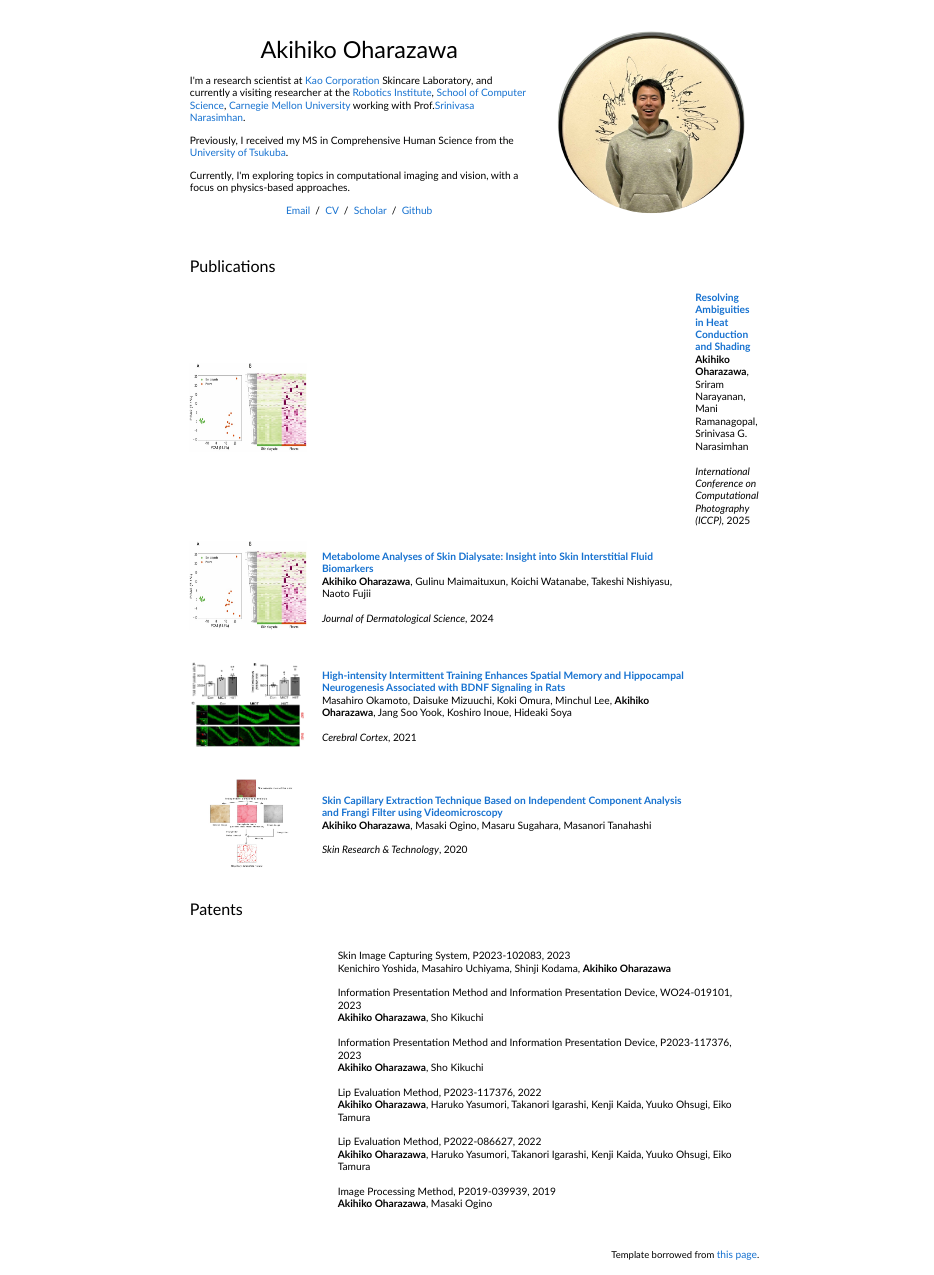
Repository: akihikooharazawa/akihikooharazawa.github.io
Page: index.html
The author's editor kept a copy of each file at every save. The page is drawn from the files as they stood at one save, then again after the next save.
The browser window is 1280 px wide. The pictures show the whole page, at 73% of full size.
Pictures or frames that could not be fetched are drawn as grey boxes.

Above is the page before, as saved 2025-07-25 11:13:59.

After the next save:
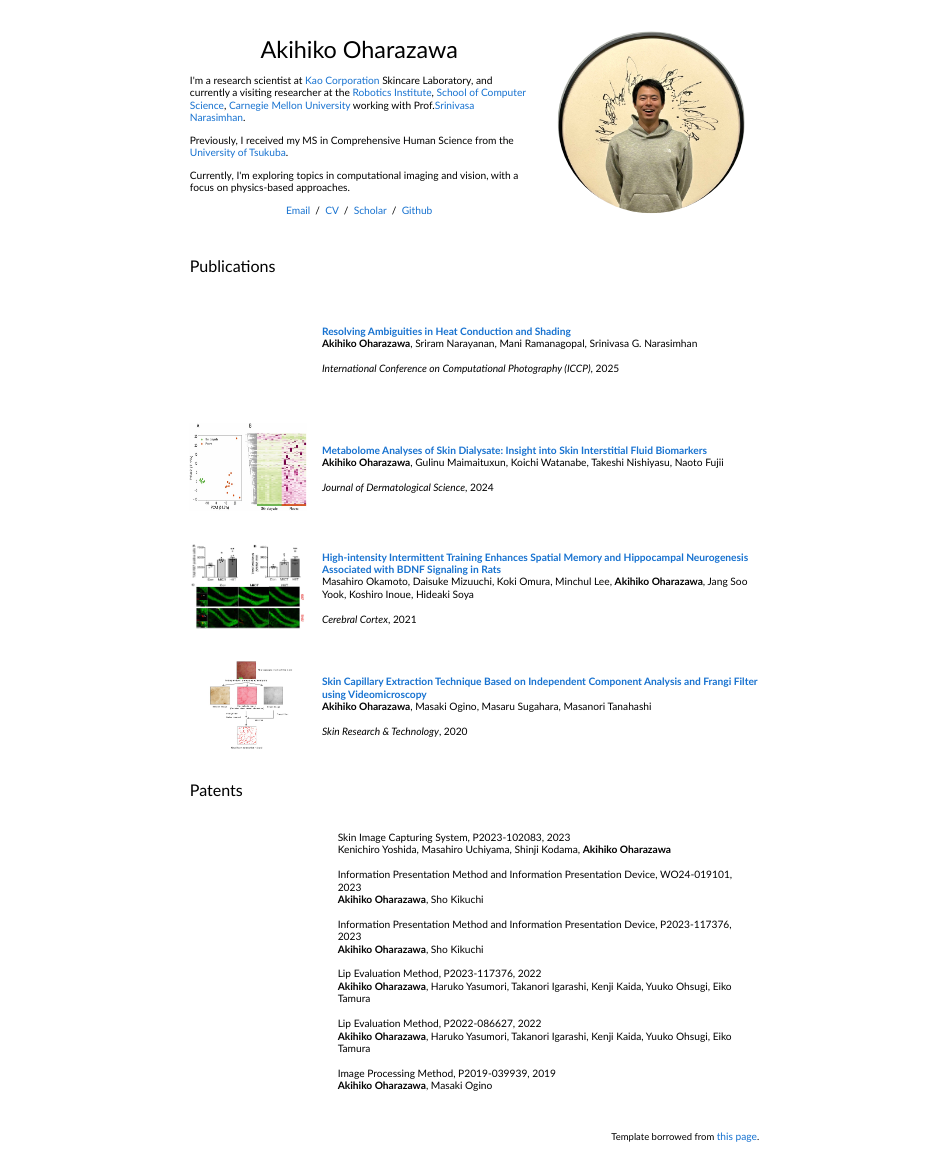
Saved 7 s later.
--- a/index.html
+++ b/index.html
@@ -64,9 +64,9 @@
           <table style="width:100%;border:0px;border-spacing:0px;border-collapse:separate;margin-right:auto;margin-left:auto;"><tbody>
 
             <tr>
-              <td style="padding:20px;width:25%;vertical-align:middle">
+              <!-- <td style="padding:20px;width:25%;vertical-align:middle">
                 <img src="images/isf_metabolomics.jpg" alt="isf_metabolomics" width="160" height="120" style="border-style: none">
-              </td>
+              </td> -->
               <td style="padding:20px;width:25%;vertical-align:middle">
   <video id="theory" width="160" height="120" autoplay muted loop playsinline style="border-style: none">
     <source src="static/videos/theory_intro.mp4" type="video/mp4">
